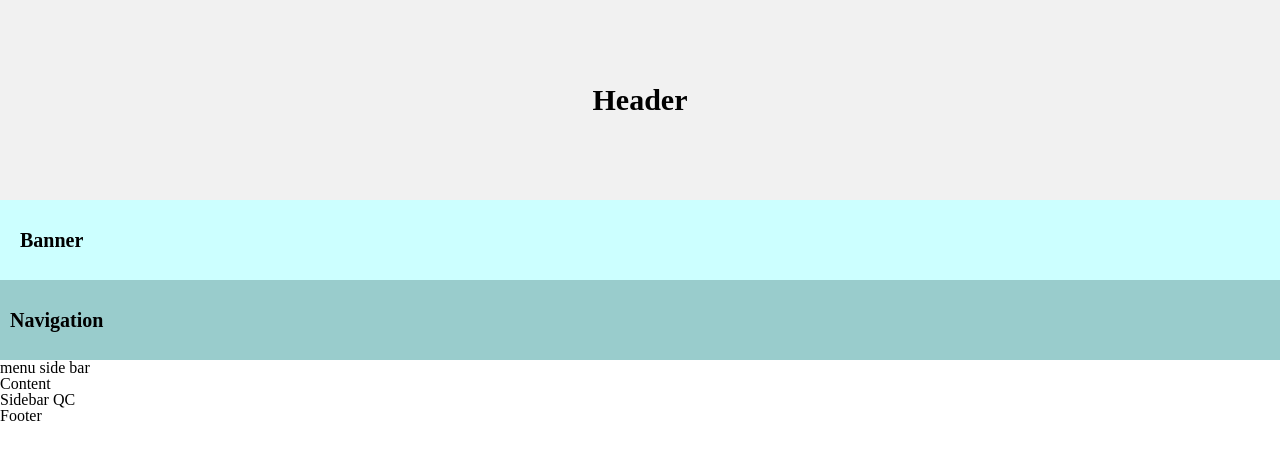
Repository: Tan-Khang21/TH_TKW--Buoi_06
Page: Bai_Tap_Tren_lop/Bai_03/LayoutCSS3.html
The author's editor kept a copy of each file at every save. The page is drawn from the files as they stood at one save, then again after the next save.
The browser window is 1280 px wide. The pictures show the whole page.

Above is the page before, as saved 2024-03-11 21:00:10.

After the next save:
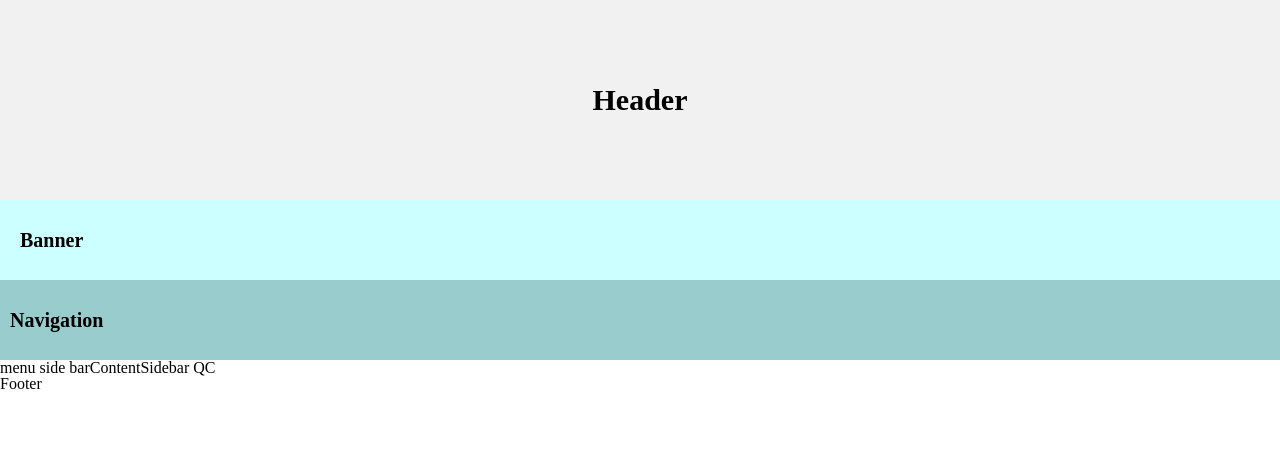
Saved 28 s later.
--- a/Bai_Tap_Tren_lop/Bai_03/style.css
+++ b/Bai_Tap_Tren_lop/Bai_03/style.css
@@ -34,3 +34,6 @@ body {
   align-items: center;
   padding: 10px;
 }
+.box {
+  display: flex;
+}
